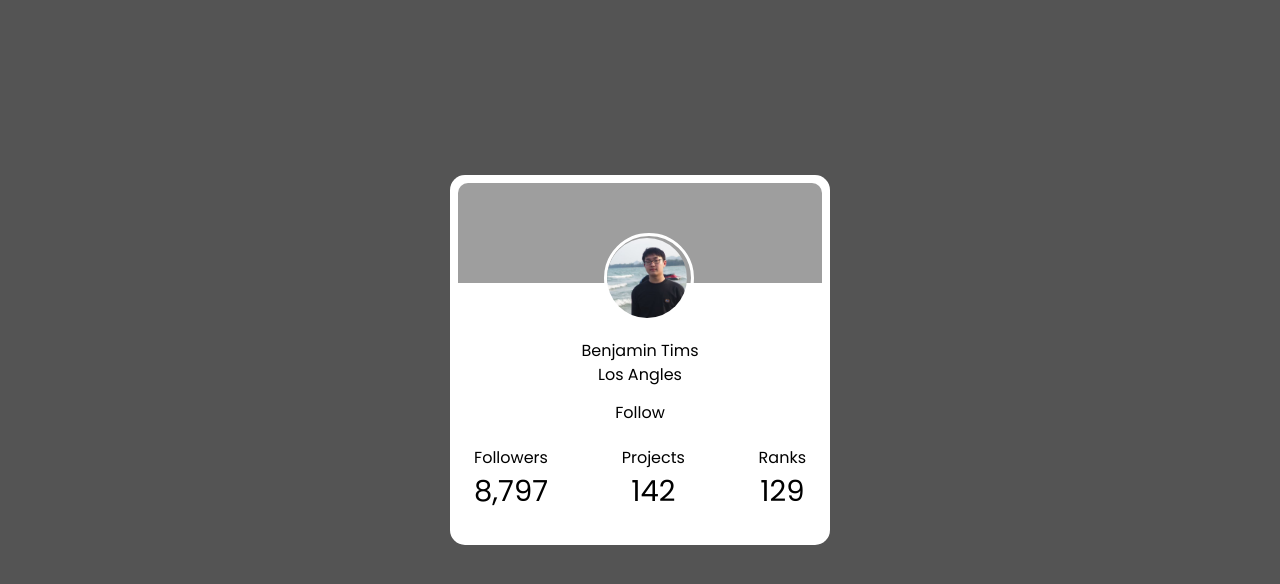
Repository: varotsk137/INT203_62130500080
Page: 62130500080_groupwork_2/myprofile.html
An editor plug-in stored every save of this project. The page is shown before and after the next save, followed by the edit.
The browser window is 1280 px wide. The pictures show the whole page.
Pictures or frames that could not be fetched are drawn as grey boxes.

Above is the page before, as saved 2021-02-03 10:55:37.

After the next save:
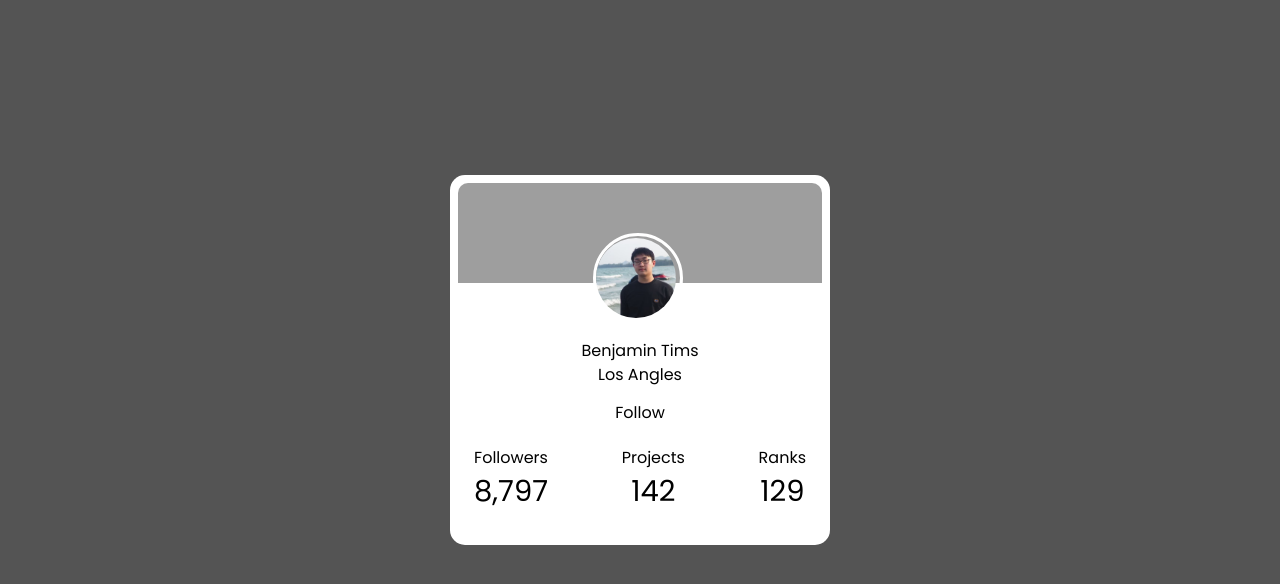
Saved 5 s later.
--- a/62130500080_groupwork_2/myprofile.html
+++ b/62130500080_groupwork_2/myprofile.html
@@ -64,7 +64,7 @@
     .profile {
       position: absolute;
       top: -50px;
-      left: 40%;
+      left: 37%;
       height: 90px;
       width: 90px;
       border: 3px solid #fff;
